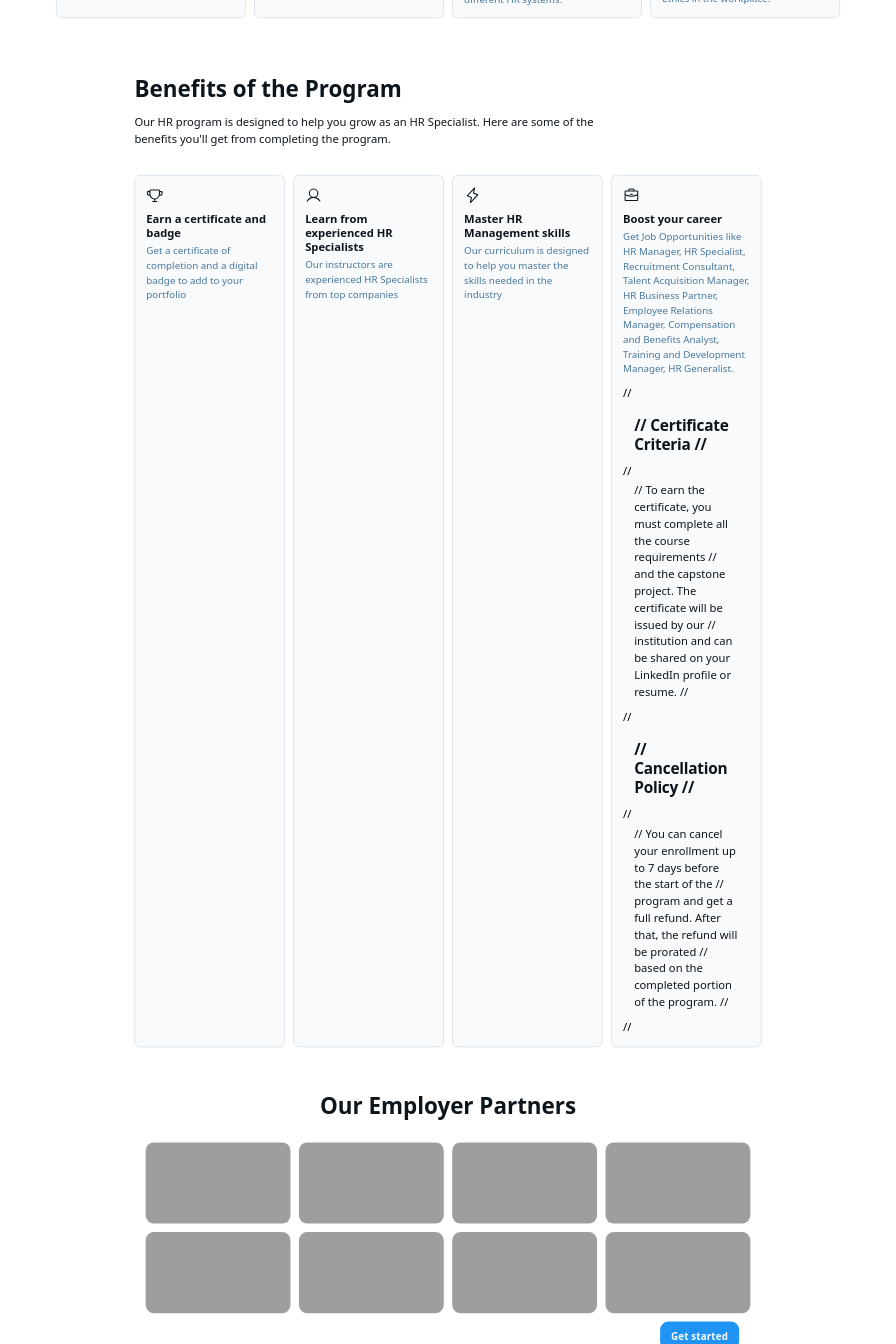
Repository: DhOMNE/HR
Page: /
These files come from the project's save history. The page is drawn as it stood at one moment and after a run of saves; the edit follows.
The browser window is 1280 px wide. The pictures show the part of the page from y = 1030 to 2950 px (the page is 4984 px tall before and 4716 px after), at 70% of full size.
Pictures or frames that could not be fetched are drawn as grey boxes. The project was rebuilt for these pictures with package versions that can differ from the ones it lists, and the page was loaded fresh each time.

Above is the page before, as saved 2024-08-26 11:08:53.

### src/Componenets/Benefitdesigner.jsx
import React from "react";

function Benefitdesigner() {
  return (
    // <div class="flex flex-col gap-10 lg:px-48 py-10 sm: px-10 py-10 ">
    //   <div class="flex flex-col gap-4 ">
    //     <h1 class="text-[#0d151c] tracking-light text-[32px] font-bold leading-tight @[480px]:text-4xl @[480px]:font-black @[480px]:leading-tight @[480px]:tracking-[-0.033em] max-w-[720px]">
    //       Benefits of the Program
    //     </h1>
    //     <p class="text-[#0d151c] text-base font-normal leading-normal max-w-[720px]">
    //       {" "}
    //       Our program is designed to help you grow as a designer. Here are some
    //       of the benefits you'll get from completing the program.
    //     </p>

    //     {/* box */}
    //   </div>

    //   <div class="grid grid-cols-[repeat(auto-fit,minmax(158px,1fr))] gap-3 p-0">
    //     <div class="flex flex-1 gap-3 rounded-lg border border-[#cedde8] bg-slate-50 p-4 flex-col">
    //       <div
    //         class="text-[#0d151c] "
    //         data-icon="Trophy"
    //         data-size="24px"
    //         data-weight="regular"
    //       >
    //         <svg
    //           xmlns="http://www.w3.org/2000/svg"
    //           width="24px"
    //           height="24px"
    //           fill="currentColor"
    //           viewBox="0 0 256 256"
    //         >
    //           <path d="M232,64H208V56a16,16,0,0,0-16-16H64A16,16,0,0,0,48,56v8H24A16,16,0,0,0,8,80V96a40,40,0,0,0,40,40h3.65A80.13,80.13,0,0,0,120,191.61V216H96a8,8,0,0,0,0,16h64a8,8,0,0,0,0-16H136V191.58c31.94-3.23,58.44-25.64,68.08-55.58H208a40,40,0,0,0,40-40V80A16,16,0,0,0,232,64ZM48,120A24,24,0,0,1,24,96V80H48v32q0,4,.39,8Zm144-8.9c0,35.52-28.49,64.64-63.51,64.9H128a64,64,0,0,1-64-64V56H192ZM232,96a24,24,0,0,1-24,24h-.5a81.81,81.81,0,0,0,.5-8.9V80h24Z"></path>
    //         </svg>
    //       </div>
    //       <div class="flex flex-col gap-1">
    //         <h2 class="text-[#0d151c] text-base font-bold leading-tight">
    //           Earn a certificate and badge
    //         </h2>
    //         <p class="text-[#49779c] text-sm font-normal leading-normal">
    //           Get a certificate of completion and a digital badge to add to your
    //           portfolio
    //         </p>
    //       </div>
    //     </div>

    //     <div class="flex flex-1 gap-3 rounded-lg border border-[#cedde8] bg-slate-50 p-4 flex-col">
    //       <div
    //         class="text-[#0d151c] "
    //         data-icon="Trophy"
    //         data-size="24px"
    //         data-weight="regular"
    //       >
    //         <svg
    //           xmlns="http://www.w3.org/2000/svg"
    //           width="24px"
    //           height="24px"
    //           fill="currentColor"
    //           viewBox="0 0 256 256"
    //         >
    //           <path d="M230.92,212c-15.23-26.33-38.7-45.21-66.09-54.16a72,72,0,1,0-73.66,0C63.78,166.78,40.31,185.66,25.08,212a8,8,0,1,0,13.85,8c18.84-32.56,52.14-52,89.07-52s70.23,19.44,89.07,52a8,8,0,1,0,13.85-8ZM72,96a56,56,0,1,1,56,56A56.06,56.06,0,0,1,72,96Z"></path>
    //         </svg>
    //       </div>
    //       <div class="flex flex-col gap-1">
    //         <h2 class="text-[#0d151c] text-base font-bold leading-tight">
    //           Learn from experienced designers
    //         </h2>
    //         <p class="text-[#49779c] text-sm font-normal leading-normal">
    //           Our instructors are experienced designers from top companies.
    //         </p>
    //       </div>
    //     </div>

    //     <div class="flex flex-1 gap-3 rounded-lg border border-[#cedde8] bg-slate-50 p-4 flex-col">
    //       <div
    //         class="text-[#0d151c] "
    //         data-icon="Trophy"
    //         data-size="24px"
    //         data-weight="regular"
    //       >
    //         <svg
    //           xmlns="http://www.w3.org/2000/svg"
    //           width="24px"
    //           height="24px"
    //           fill="currentColor"
    //           viewBox="0 0 256 256"
    //         >
    //           <path d="M215.79,118.17a8,8,0,0,0-5-5.66L153.18,90.9l14.66-73.33a8,8,0,0,0-13.69-7l-112,120a8,8,0,0,0,3,13l57.63,21.61L88.16,238.43a8,8,0,0,0,13.69,7l112-120A8,8,0,0,0,215.79,118.17ZM109.37,214l10.47-52.38a8,8,0,0,0-5-9.06L62,132.71l84.62-90.66L136.16,94.43a8,8,0,0,0,5,9.06l52.8,19.8Z"></path>
    //         </svg>
    //       </div>
    //       <div class="flex flex-col gap-1">
    //         <h2 class="text-[#0d151c] text-base font-bold leading-tight">
    //           Master UI/UX skills
    //         </h2>
    //         <p class="text-[#49779c] text-sm font-normal leading-normal">
    //           Our curriculum is designed to help you master the skills needed in
    //           the industry
    //         </p>
    //       </div>
    //     </div>

    //     <div class="flex flex-1 gap-3 rounded-lg border border-[#cedde8] bg-slate-50 p-4 flex-col">
    //       <div
    //         class="text-[#0d151c] "
    //         data-icon="Trophy"
    //         data-size="24px"
    //         data-weight="regular"
    //       >
    //         <svg
    //           xmlns="http://www.w3.org/2000/svg"
    //           width="24px"
    //           height="24px"
    //           fill="currentColor"
    //           viewBox="0 0 256 256"
    //         >
    //           <path d="M216,56H176V48a24,24,0,0,0-24-24H104A24,24,0,0,0,80,48v8H40A16,16,0,0,0,24,72V200a16,16,0,0,0,16,16H216a16,16,0,0,0,16-16V72A16,16,0,0,0,216,56ZM96,48a8,8,0,0,1,8-8h48a8,8,0,0,1,8,8v8H96ZM216,72v41.61A184,184,0,0,1,128,136a184.07,184.07,0,0,1-88-22.38V72Zm0,128H40V131.64A200.19,200.19,0,0,0,128,152a200.25,200.25,0,0,0,88-20.37V200ZM104,112a8,8,0,0,1,8-8h32a8,8,0,0,1,0,16H112A8,8,0,0,1,104,112Z"></path>
    //         </svg>
    //       </div>
    //       <div class="flex flex-col gap-1">
    //         <h2 class="text-[#0d151c] text-base font-bold leading-tight">
    //           Boost your career
    //         </h2>
    //         <p class="text-[#49779c] text-sm font-normal leading-normal">
    //           Get Job Opportunities like UI/UX Designer, User Experience
    //           Researcher, User Interface Designer, Interaction Designer, Product
    //           Designer, UX Analyst, UX/UI Developer, Visual Designer, UX
    //           Strategist, Design Consultant.
    //         </p>
    //       </div>
    //     </div>
    //   </div>
    //   <div className="gap-0">
    //     <h2 class="text-[#0d151c] text-[22px] font-bold leading-tight tracking-[-0.015em] px-4 pb-3 pt-5">
    //       Certificate Criteria
    //     </h2>
    //     <p class="text-[#0d151c] text-base font-normal leading-normal pb-3 pt-1 px-4">
    //       To earn the certificate, you must complete all the course requirements
    //       and the capstone project. The certificate will be issued by our
    //       institution and can be shared on your LinkedIn profile or resume.
    //     </p>
    //     <h2 class="text-[#0d151c] text-[22px] font-bold leading-tight tracking-[-0.015em] px-4 pb-3 pt-5">
    //       Cancellation Policy
    //     </h2>
    //     <p class="text-[#0d151c] text-base font-normal leading-normal pb-3 pt-1 px-4">
    //       You can cancel your enrollment up to 7 days before the start of the
    //       program and get a full refund. After that, the refund will be prorated
    //       based on the completed portion of the program.
    //     </p>
    //   </div>
    // </div>
    <div className="flex flex-col gap-10 px-4 py-10 @container flex flex-col gap-10 lg:px-48 py-10 sm: px-10 py-10">
              <div className="flex flex-col gap-4">
                <h1
                  className="text-[#0d151c] tracking-light text-[32px] font-bold leading-tight @[480px]:text-4xl @[480px]:font-black @[480px]:leading-tight @[480px]:tracking-[-0.033em] max-w-[720px]"
                >
                  Benefits of the Program
                </h1>
                <p className="text-[#0d151c] text-base font-normal leading-normal max-w-[720px]">
                  Our HR program is designed to help you grow as an HR Specialist. Here are some of the benefits you'll get from completing the program.
                </p>
              </div>
              <div className="grid grid-cols-[repeat(auto-fit,minmax(158px,1fr))] gap-3 p-0">
                <div className="flex flex-1 gap-3 rounded-lg border border-[#cedde8] bg-slate-50 p-4 flex-col cursor-pointer  hover:shadow-lg hover:shadow-gray-600">
                  <div className="text-[#0d151c]" data-icon="Trophy" data-size="24px" data-weight="regular">
                    <svg xmlns="http://www.w3.org/2000/svg" width="24px" height="24px" fill="currentColor" viewBox="0 0 256 256">
                      <path
                        d="M232,64H208V56a16,16,0,0,0-16-16H64A16,16,0,0,0,48,56v8H24A16,16,0,0,0,8,80V96a40,40,0,0,0,40,40h3.65A80.13,80.13,0,0,0,120,191.61V216H96a8,8,0,0,0,0,16h64a8,8,0,0,0,0-16H136V191.58c31.94-3.23,58.44-25.64,68.08-55.58H208a40,40,0,0,0,40-40V80A16,16,0,0,0,232,64ZM48,120A24,24,0,0,1,24,96V80H48v32q0,4,.39,8Zm144-8.9c0,35.52-28.49,64.64-63.51,64.9H128a64,64,0,0,1-64-64V56H192ZM232,96a24,24,0,0,1-24,24h-.5a81.81,81.81,0,0,0,.5-8.9V80h24Z"
                      ></path>
                    </svg>
                  </div>
                  <div className="flex flex-col gap-1">
                    <h2 className="text-[#0d151c] text-base font-bold leading-tight">Earn a certificate and badge</h2>
                    <p className="text-[#49779c] text-sm font-normal leading-normal">Get a certificate of completion and a digital badge to add to your portfolio</p>
                  </div>
                </div>
                <div className="flex flex-1 gap-3 rounded-lg border border-[#cedde8] bg-slate-50 p-4 flex-col cursor-pointer hover:shadow-lg hover:shadow-gray-600">
                  <div className="text-[#0d151c]" data-icon="User" data-size="24px" data-weight="regular">
                    <svg xmlns="http://www.w3.org/2000/svg" width="24px" height="24px" fill="currentColor" viewBox="0 0 256 256">
                      <path
                        d="M230.92,212c-15.23-26.33-38.7-45.21-66.09-54.16a72,72,0,1,0-73.66,0C63.78,166.78,40.31,185.66,25.08,212a8,8,0,1,0,13.85,8c18.84-32.56,52.14-52,89.07-52s70.23,19.44,89.07,52a8,8,0,1,0,13.85-8ZM72,96a56,56,0,1,1,56,56A56.06,56.06,0,0,1,72,96Z"
                      ></path>
                    </svg>
                  </div>
                  <div className="flex flex-col gap-1">
                    <h2 className="text-[#0d151c] text-base font-bold leading-tight">Learn from experienced HR Specialists</h2>
                    <p className="text-[#49779c] text-sm font-normal leading-normal">Our instructors are experienced HR Specialists from top companies</p>
                  </div>
                </div>
                <div className="flex flex-1 gap-3 rounded-lg border border-[#cedde8] bg-slate-50 p-4 flex-col cursor-pointer hover:shadow-lg hover:shadow-gray-600">
                  <div className="text-[#0d151c]" data-icon="Lightning" data-size="24px" data-weight="regular">
                    <svg xmlns="http://www.w3.org/2000/svg" width="24px" height="24px" fill="currentColor" viewBox="0 0 256 256">
                      <path
                        d="M215.79,118.17a8,8,0,0,0-5-5.66L153.18,90.9l14.66-73.33a8,8,0,0,0-13.69-7l-112,120a8,8,0,0,0,3,13l57.63,21.61L88.16,238.43a8,8,0,0,0,13.69,7l112-120A8,8,0,0,0,215.79,118.17ZM109.37,214l10.47-52.38a8,8,0,0,0-5-9.06L62,132.71l84.62-90.66L136.16,94.43a8,8,0,0,0,5,9.06l52.8,19.8Z"
                      ></path>
                    </svg>
                  </div>
                  <div className="flex flex-col gap-1">
                    <h2 className="text-[#0d151c] text-base font-bold leading-tight">Master HR Management skills</h2>
                    <p className="text-[#49779c] text-sm font-normal leading-normal">Our curriculum is designed to help you master the skills needed in the industry</p>
                  </div>
                </div>
                <div className="flex flex-1 gap-3 rounded-lg border border-[#cedde8] bg-slate-50 p-4 flex-col cursor-pointer hover:shadow-lg hover:shadow-gray-600">
                  <div className="text-[#0d151c]" data-icon="Briefcase" data-size="24px" data-weight="regular">
                    <svg xmlns="http://www.w3.org/2000/svg" width="24px" height="24px" fill="currentColor" viewBox="0 0 256 256">
                      <path
                        d="M216,56H176V48a24,24,0,0,0-24-24H104A24,24,0,0,0,80,48v8H40A16,16,0,0,0,24,72V200a16,16,0,0,0,16,16H216a16,16,0,0,0,16-16V72A16,16,0,0,0,216,56ZM96,48a8,8,0,0,1,8-8h48a8,8,0,0,1,8,8v8H96ZM216,72v41.61A184,184,0,0,1,128,136a184.07,184.07,0,0,1-88-22.38V72Zm0,128H40V131.64A200.19,200.19,0,0,0,128,152a200.25,200.25,0,0,0,88-20.37V200ZM104,112a8,8,0,0,1,8-8h32a8,8,0,0,1,0,16H112A8,8,0,0,1,104,112Z"
                      ></path>
                    </svg>
                  </div>
                  <div className="flex flex-col gap-1">
                    <h2 className="text-[#0d151c] text-base font-bold leading-tight">Boost your career</h2>
                    <p className="text-[#49779c] text-sm font-normal leading-normal">Get Job Opportunities like HR Manager, HR Specialist, Recruitment Consultant, Talent Acquisition Manager, HR Business Partner, Employee Relations Manager, Compensation and Benefits Analyst, Training and Development Manager, HR Generalist.</p>
                  </div>
                  <div className="gap-0">
    //     <h2 class="text-[#0d151c] text-[22px] font-bold leading-tight tracking-[-0.015em] px-4 pb-3 pt-5">
    //       Certificate Criteria
    //     </h2>
    //     <p class="text-[#0d151c] text-base font-normal leading-normal pb-3 pt-1 px-4">
    //       To earn the certificate, you must complete all the course requirements
    //       and the capstone project. The certificate will be issued by our
    //       institution and can be shared on your LinkedIn profile or resume.
    //     </p>
    //     <h2 class="text-[#0d151c] text-[22px] font-bold leading-tight tracking-[-0.015em] px-4 pb-3 pt-5">
    //       Cancellation Policy
    //     </h2>
    //     <p class="text-[#0d151c] text-base font-normal leading-normal pb-3 pt-1 px-4">
    //       You can cancel your enrollment up to 7 days before the start of the
    //       program and get a full refund. After that, the refund will be prorated
    //       based on the completed portion of the program.
    //     </p>
    //   </div>
                </div>
              </div>
            </div>

  );
}

export default Benefitdesigner;

### src/Componenets/Footer/Footer.jsx
import React from "react";
import "./Footer.css";

const Footer = () => {
  return (
    <>
      <footer className="footer">
        <div className="newsletter">
          <h2>
            {" "}
            <img src="Images/logo.png" alt="logo" /> Hubnex Educate
          </h2>
          <div className="flex-container1">
            <p className="title1">
              Signup for our{" "}
              <span style={{ fontWeight: "bold" }}>Newsletter</span>
            </p>
            <input
              className="input1"
              type="search"
              placeholder="Enter your email"
            />
            <img className="imag2" src="Images/righticon.png" alt="icon" />
          </div>
        </div>
        <hr />
        <div className="footer-info">
          <div className="company-info">
            <h3>COMPANY</h3>
            <ul>
              <li>
                <a href="#about">About Us</a>
              </li>
              <li>
                <a href="#privacy">Privacy policy</a>
              </li>
              <li>
                <a href="#blog">Blog</a>
              </li>
              <li>
                <a href="#careers">Careers</a>
              </li>
            </ul>
          </div>
          <div className="support">
            <h3>Support</h3>
            <ul>
              <li>
                <a href="#contact">Contact Us</a>
              </li>
              <li>
                <a href="#community">Community</a>
              </li>
            </ul>
          </div>
          <div className="socials">
            <h3>Socials</h3>
            <li>
              <a
                href="https://www.facebook.com"
                target="_blank"
                rel="noopener noreferrer"
              >
                <img src="./facebook.png" alt="facebook" target="blank" />
              </a>
            </li>
            <li>
              <a
                href="https://www.linkedin.com"
                target="_blank"
                rel="noopener noreferrer"
              >
                <img src="./linkdin.png" alt="linkdin" />
              </a>
            </li>
            <li>
              <a
                href="https://x.com/i/flow/login"
                target="_blank"
                rel="noopener noreferrer"
              >
                <img src="./twitter.png" alt="twitter" />
              </a>
            </li>
          </div>
          <div className="fotter-img">
            <img src="./fotter-img.png" alt="fotter-img" />
          </div>
        </div>
      </footer>
      <div className="footer-bottom">
        <img className="imag5" src="Images/copyright.png" alt="copyright" />
        <p className="pt1">2024 Hubnex educate. All rights reserved.</p>

      </div>
    </>
  );
};

export default Footer;

Loaded but not shown: src/index.js (common file); src/index.css (common file); src/reportWebVitals.js (common file); tailwind.config.js (common file); src/App.js (20 lines, source omitted); src/Componenets/Hero.jsx (195 lines, source omitted); src/Componenets/FAQ.jsx (192 lines, source omitted); src/Componenets/EmployerPartners.jsx (121 lines, source omitted); src/Componenets/Footer/Footer.css (406 lines, source omitted)

After the next 3 saves:
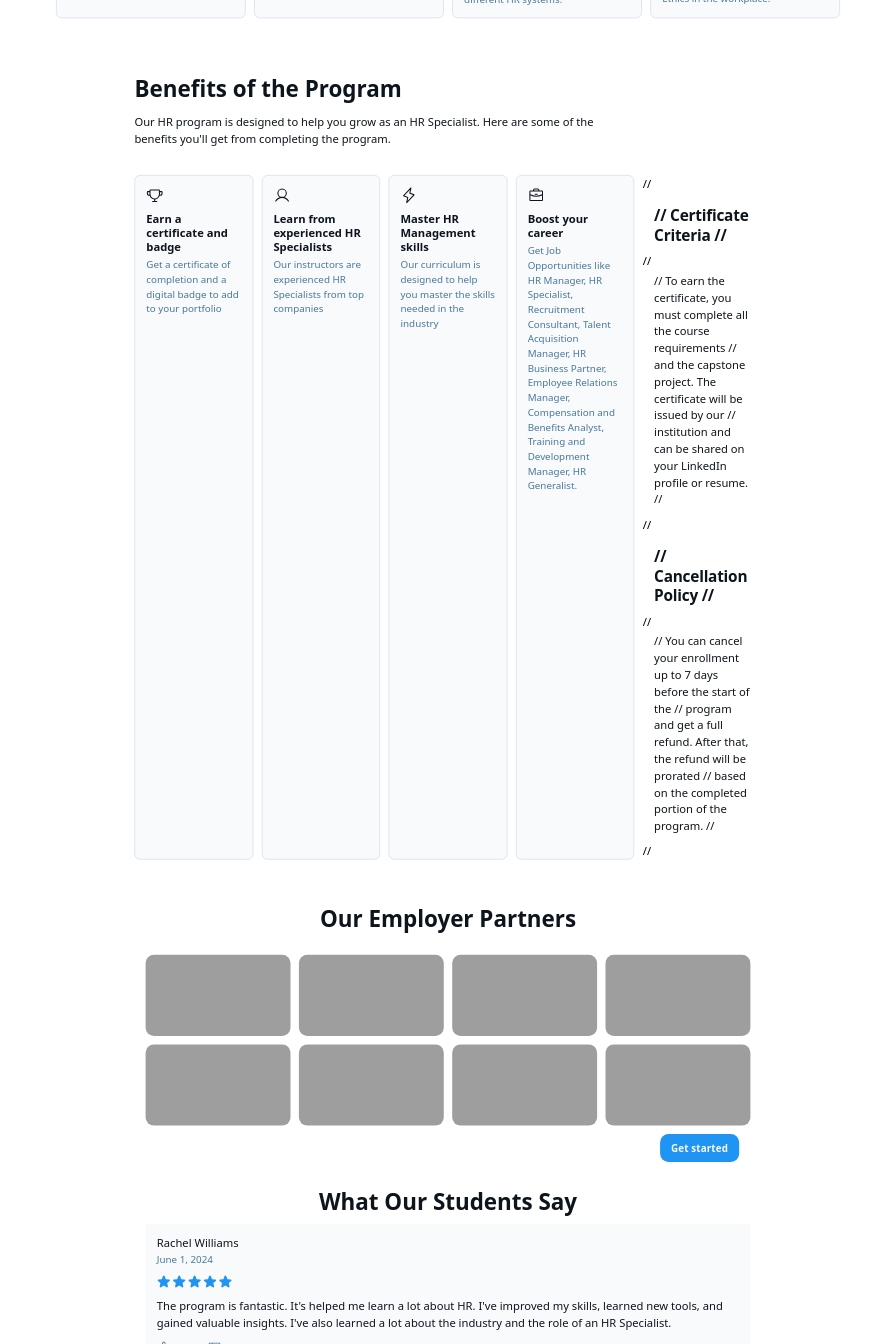
The 3 saves are shown as one change because they came seconds apart.
The last was saved 12 s later.
--- a/src/Componenets/Benefitdesigner.jsx
+++ b/src/Componenets/Benefitdesigner.jsx
@@ -212,7 +212,9 @@ function Benefitdesigner() {
                     <h2 className="text-[#0d151c] text-base font-bold leading-tight">Boost your career</h2>
                     <p className="text-[#49779c] text-sm font-normal leading-normal">Get Job Opportunities like HR Manager, HR Specialist, Recruitment Consultant, Talent Acquisition Manager, HR Business Partner, Employee Relations Manager, Compensation and Benefits Analyst, Training and Development Manager, HR Generalist.</p>
                   </div>
-                  <div className="gap-0">
+
+                </div>
+                <div className="gap-0">
     //     <h2 class="text-[#0d151c] text-[22px] font-bold leading-tight tracking-[-0.015em] px-4 pb-3 pt-5">
     //       Certificate Criteria
     //     </h2>
@@ -230,7 +232,6 @@ function Benefitdesigner() {
     //       based on the completed portion of the program.
     //     </p>
     //   </div>
-                </div>
               </div>
             </div>
 
